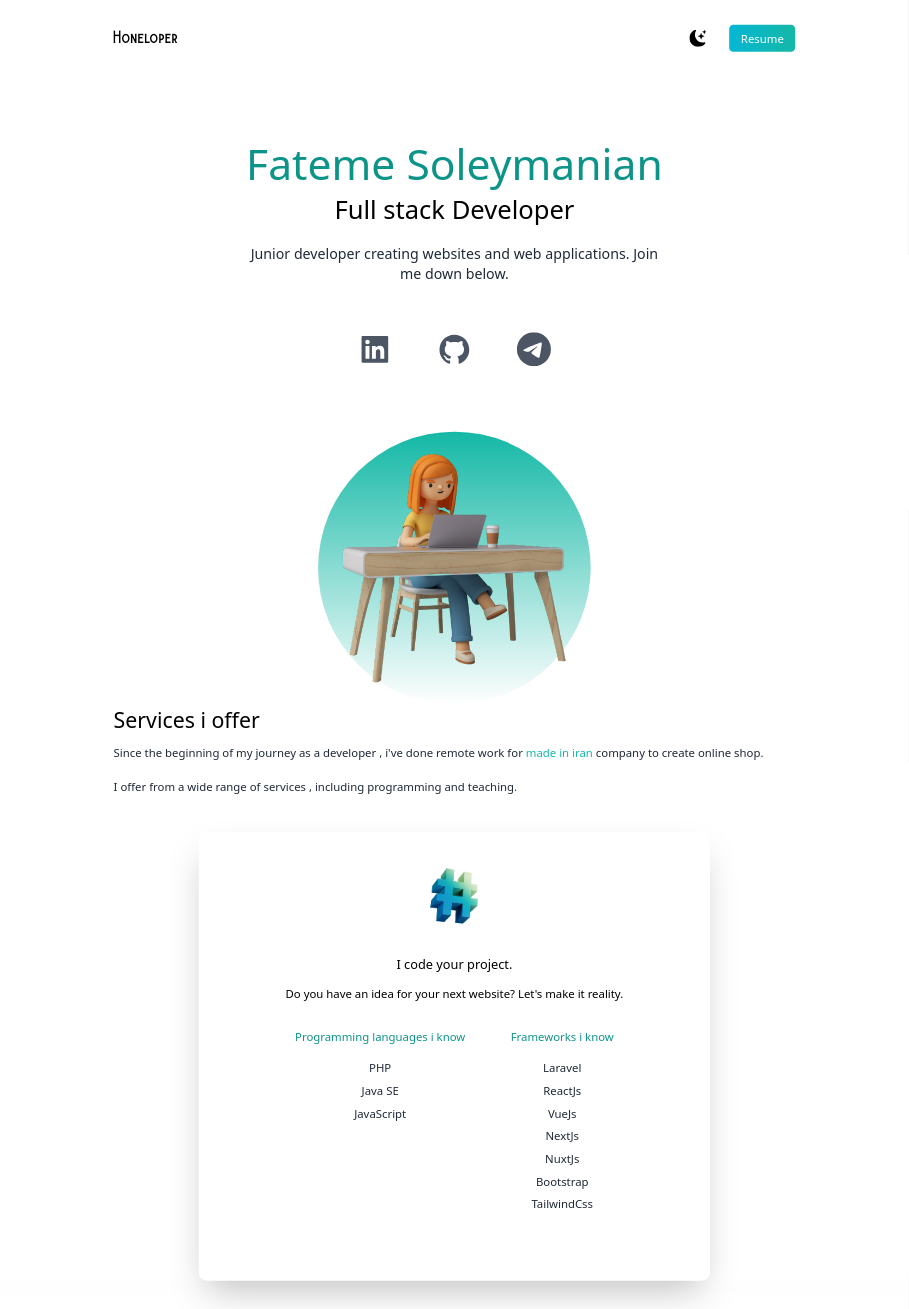
Repository: fatemesoleymanian/portfolio
Page: /
The author's editor kept a copy of each file at every save. The page is drawn from the files as they stood at one save, then again after the next save.
The browser window is 1280 px wide. The pictures show the whole page, at 71% of full size.
The project was rebuilt for these pictures with package versions that can differ from the ones it lists, and the page was loaded fresh each time. The framework's server and built-in components were replaced by stand-ins that run in the browser. Also part of the build but not shown: next.config.js.

Above is the page before, as saved 2023-03-10 18:55:57.

After the next save:
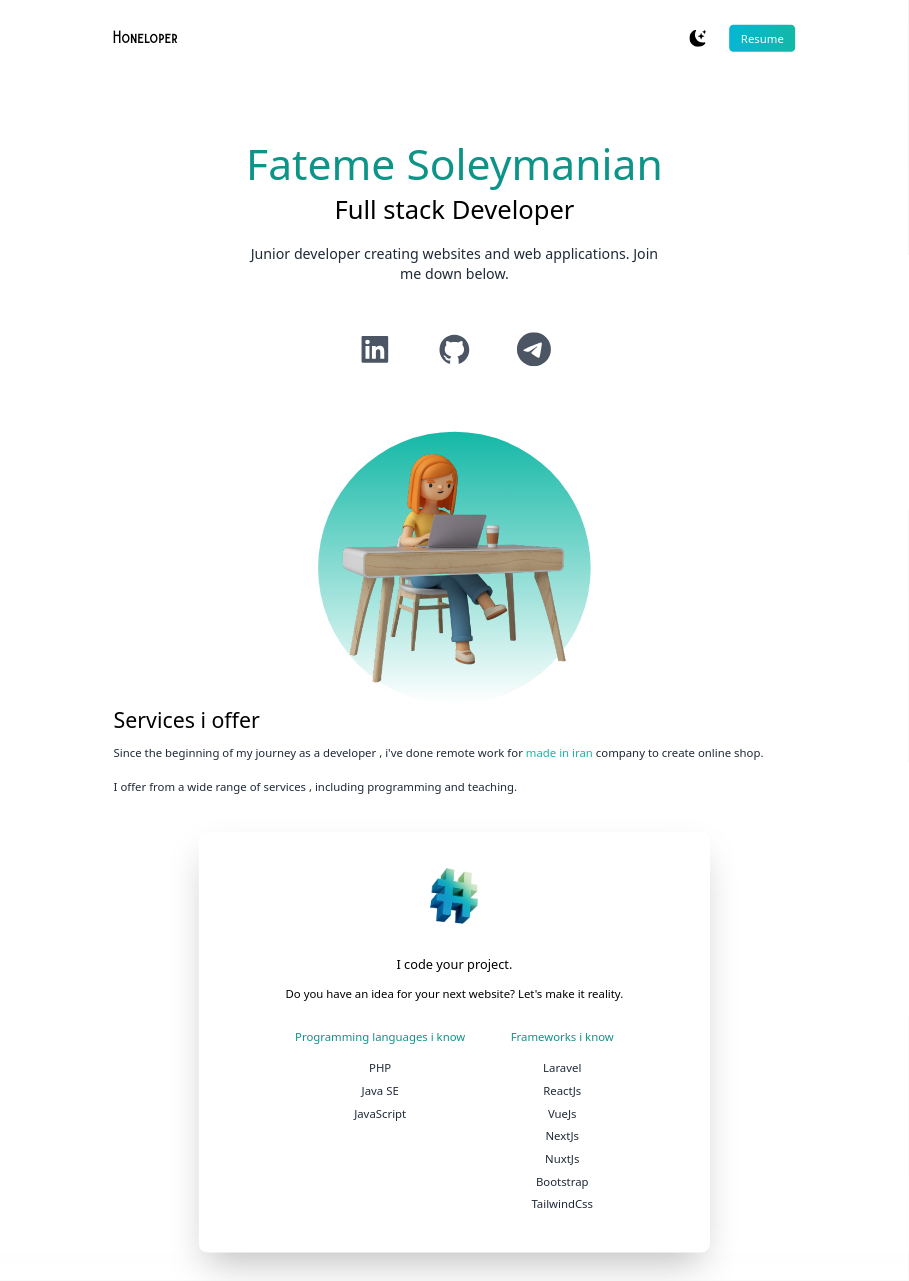
Saved 11 s later.
--- a/pages/index.js
+++ b/pages/index.js
@@ -69,7 +69,7 @@ export default function Home() {
             </p>
           </div>
           <div>
-            <div className='md:mx-auto text-center shadow-2xl p-10 rounded-xl my-10 md:w-9/12 md:pb-20'>
+            <div className='md:mx-auto text-center shadow-2xl p-10 rounded-xl my-10 md:w-9/12'>
               <Image src={code} width={100} height={100} className="mx-auto"/>
               <h3 className='text-lg font-medium pt-8 pb-2 dark:text-gray-100'>
                 I code your project.
